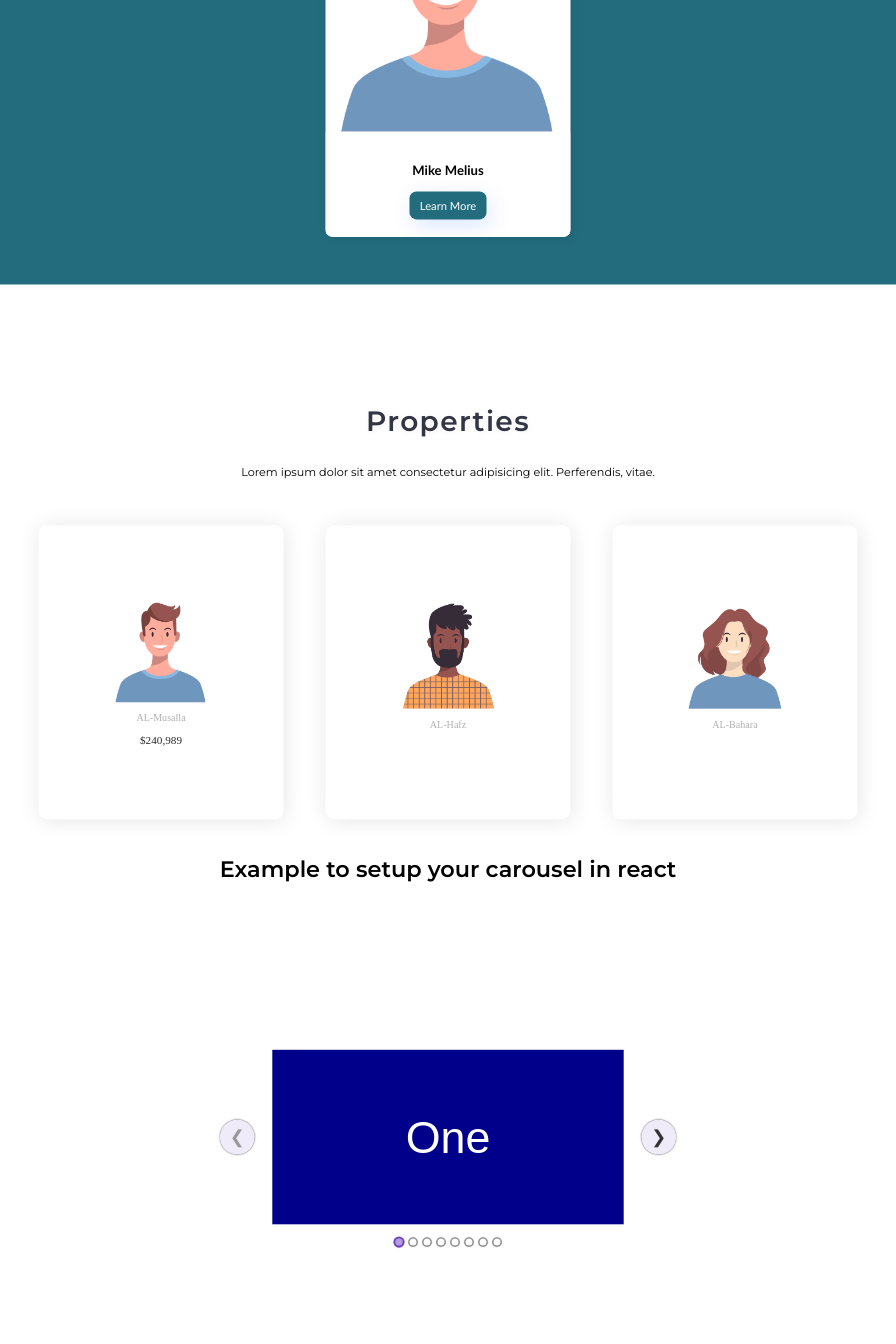
Repository: gabe126679/Mikes-site
Page: /
An editor plug-in stored every save of this project. The page is shown before and after the next save, followed by the edit.
The browser window is 1280 px wide. The pictures show the part of the page from y = 2228 to 4148 px (the page is 4672 px tall), at 70% of full size.
Some web libraries are served in a nearby version. The project was rebuilt for these pictures with package versions that can differ from the ones it lists, and the page was loaded fresh each time.

Above is the page before, as saved 2022-04-19 11:27:03.

### public/index.html
<!DOCTYPE html>
<html lang="en">
  <head>
    <meta charset="utf-8" />
    <link rel="icon" href="%PUBLIC_URL%/favicon.ico" />
    <meta name="viewport" content="width=device-width, initial-scale=1" />
    <meta name="theme-color" content="#000000" />
    <meta
      name="description"
      content="Web site created using create-react-app"
    />
    <link rel="apple-touch-icon" href="%PUBLIC_URL%/logo192.png" />

    <link rel="manifest" href="%PUBLIC_URL%/manifest.json" />
    <script src="https://kit.fontawesome.com/95dc93da07.js"></script>
    <title>Mike's Homes</title>
  </head>
  <body>
    <noscript>You need to enable JavaScript to run this app.</noscript>
    <div id="root"></div>

  </body>
</html>

### src/index.css
@import url('https://fonts.googleapis.com/css2?family=Montserrat:wght@300;400;500;600&display=swap');

/***fontawesome <script src="https://kit.fontawesome.com/95dc93da07.js"></script> *********/


.carousel {
  font-family: sans-serif;
  display: flex;
  align-items: center;
  justify-content: center;
  height: 100vh;
}
body{
    margin:0px;
    padding: 0px;

    background-color: #ffffff;
    font-family: 'Montserrat', sans-serif;
}
*{
    box-sizing: border-box;
}
ul{
    list-style: none;
}
a{
    text-decoration: none;
}
button{
    outline: none;
    border: none;
}
input{
    outline: none;
    border: none;
}

.logo img{
    width: 120px;
}
.header{

    width:100%;
    height:768px;
    position: relative;
    background-repeat: no-repeat;
    background-size: cover;
    background-image: url("./images/header-bg.png");
}
nav{
	display: flex;
	justify-content: space-around;
	align-items: center;
	left: 0;
	top: 0;
	width:100%;
	z-index: 1;
	background-color: #FFFFFF;
}
nav ul{
	display: flex;
}
.active{
    background-color: #236c7e;
    color:rgb(255, 255, 255);
	box-shadow: 5px 10px 30px rgba(64, 149, 198, 0.411);
	transition: all ease 0.2s;
}
nav ul li a{
	height:40px;
	line-height: 43px;
	margin: 3px;
	padding: 0px 22px;
	display: flex;
	font-size: 0.8rem;
	text-transform: uppercase;
	font-weight: 500;
	color:#242424;
    letter-spacing: 1px;
    border-radius: 3px;
    transition: 0.2s ease-in-out;
}
.property{
    font-family: calibri;
	height:40px;
	line-height: 43px;
	padding: 0px 10px;
	display: flex;
	font-size: 0.8rem;
	text-transform: uppercase;
	font-weight: 500;
	color:#ffffff;
    letter-spacing: 1px;
    border-radius: 3px;
    transition: 0.2s ease-in-out;
    background-color: #236c7e;
}
nav ul li a:hover{
	background-color: #064757;
    color:#FFFFFF;
	box-shadow: 5px 10px 30px rgba(64, 149, 198, 0.411);
	transition: all ease 0.2s;
}
nav .menu-btn,
.menu-icon{
		display:none;
	}
.intro{
	font-family: 'Montserrat';
	width: 500px;
	position: absolute;
	left: 16%;
	top: 50%;
	transform: translate(-20%,-50%);
}
.intro span{
    color: #fc9700;
}
.intro .details{
    color: #1e4f5c;
}
.intro h1{
	font-family:'Montserrat';
	font-size: 46px;
	margin:0px;
	letter-spacing: 3px;
	color:#236c7e;
}
.intro p{
    color: #064757; font-weight: 500;
}
.header-btn{
	width:110px;
	height: 40px;
	display: flex;
	justify-content: center;
    align-items: center;
    background-color: #236c7e;
    box-shadow: 5px 10px 30px rgba(2, 82, 255, 0.137);
    border-radius: 10px;
	color:#ffffff;
}
.header-btn:hover{
	background-color: #04afda;
    transition: all ease 0.5s;
    color: #ffffff;
    box-shadow: 5px 0px 30px rgba(2, 154, 255, 0.39);
}
.container {
    max-width: 1140px;
    margin: 0 auto;
    padding: 0 20px;
}

.flex {
    display: flex;
    justify-content: space-between;
}
.how-it-works {
    padding: 3rem 0;
    background: #236c7e;
    text-align: center;
}

.how-it-works h2 {
    margin-bottom: 3rem;
    font-size: 2rem;
    font-family: 'Montserrat';
    color: #ffffff;
    font-weight: 600;
    text-transform: uppercase;
}

.how-it-works .flex > div {
    width: 30%;
}

.how-it-works h4 {
    color: #ffffff;
    margin-top: 1rem;
}
.how-it-works p{
    color: rgb(255, 196, 0);
}

.how-it-works span.fas {
    color: #ffffff;
    font-size: 35px;
}
  .about{
	width:100%;
	height: 100vh;
	background-color:#ffffff;
	box-sizing: border-box;
	display: flex;
	align-items: center;
	justify-content: space-between;
	padding: 50px 5% 0px 5%;
	position: relative;
}
.about-text{
	width: 50%;
}
.about-text h2{
	font-size: 2rem;
	color:#236c7e;
	font-weight: 400;
}
.about-text h2{
	margin: 0px;
	padding: 0px;
}
.about-text p{
	font-size: 1.2rem;
	color:#3a3a3a;

}
.about-text button{
	width: 140px;
	height: 40px;
	border-radius: 10px;
	border: none;
    outline: none;
    color: #ffffff;
	background-color:#236c7e;
}
.about-text button:hover{
	background-color: #04afda;
    transition: all ease 0.3s;
    color: #ffffff;
    box-shadow: 5px 0px 30px rgba(2, 154, 255, 0.39);
}
.about-model img{
    height: 400px;
}

.agent{
    width:100%;
    height:110vh;
    box-sizing: border-box;
    font-family: calibri;
    display: flex;
    flex-direction: column;
    align-items: center;
    justify-content: center;
    padding-top: 40px ;
    background: #236c7e;
}

.a-heading h1{
    color:#ffffff;
    font-size: 3rem;
    margin: 0px;
    padding: 0px;

}
.a-heading p{
    color:rgb(238, 238, 238);
    font-size: 1rem;
    margin: 0px;
    padding: 0px;
}
.a-heading{
    text-align: center;
    margin: 20px 0px;
}
.a-box{
    background-color: #ffffff;
    width:350px;
    height: 500px;
    margin: 20px;
    border-radius: 10px;
    overflow: hidden;
    box-shadow: 2px 2px 12px rgba(0,0,0,0.1);
    position: relative;
}
.b-container{
    display: flex;
    justify-content: center;
    align-content: center;
    width: 100%;

}
.a-b-img{
    width: 100%;
    height: 70%;

}
.a-b-img img{
    width:100%;
    height: 100%;
    object-fit: contain;
}
.a-b-text{
    width: 100%;
    height: 30%;
    background-color:#ffffff;
    display:flex;
    justify-content: center;
    align-items: center;
    text-align: center;
    flex-direction: column;
}
.a-box:hover{
    transform:translateY(-10px);
    transition: all ease 0.3s;

}
.agent-btn{
	width:110px;
	height: 40px;
	display: flex;
	justify-content: center;
    align-items: center;
    background-color: #236c7e;
    box-shadow: 5px 10px 30px rgba(2, 82, 255, 0.137);
    border-radius: 10px;
	color:#ffffff;
}
.agent-btn:hover{
	background-color: #04afda;
    transition: all ease 0.5s;
    color: #ffffff;
    box-shadow: 5px 0px 30px rgba(2, 154, 255, 0.39);
}

.product{
	width: 100%;
	background-color: #FFFFFF;
	display: flex;
	height: 760px;
	flex-direction: column;
	align-items: center;
	padding:40px 20px;
	position: relative;
	border-radius: 10px;
	margin-top: 70px;
}


.p-heading{

	margin:20px;
	text-shadow: 2px 2px 10px rgba(0,0,0,0.05);
}
.p-heading h3{
	font-weight: 600;
	letter-spacing: 2px;
	text-align: center;
	font-size:2.5rem;
	color:#323543;

}
.p-heading h3 font{
	color:#303030;
}
.product-container{
	display: flex;
	justify-content: center;
	align-items: center;
	flex-wrap: wrap;
	margin: 10px 0px;
	width:100%;
}
.p-box{
	width:350px;
	height: 420px;
	display: flex;
	justify-content: center;
	align-items: center;
	flex-direction: column;
	border-radius: 12px;
	position: relative;
	margin: 20px 30px;
    background-color: rgb(255, 255, 255);
    box-shadow: 2px 2px 30px rgba(0,0,0,0.1);
}
.p-box img{
	height:150px;
}
.p-box p{
	color:#4d4d4d70;
	font-family: myriad pro;
	font-size: 0.9rem;
	letter-spacing: 0.5;
}
.price{
	color:#2c2c2c;
	font-family: poppins;
	font-size: 1rem;;
}
.buy-btn{
	position: absolute;
	width:140px;
	height: 40px;
	display: flex;
	justify-content: center;
	align-items: center;
	font-family:calibri;
	left: 50%;
	bottom: 20px;
	transform: translateX(-50%);
	border-radius: 15% 15% 15% 15% / 50% 50% 50% 50%;
	background:linear-gradient(120deg,#064757 20%,#04afda);
	color:#FFFFFF;
	display: none;
	animation: fade 0.2s;
}
.p-box:hover .buy-btn{
	display: flex;
}
.p-box:hover{
	box-shadow: 2px 2px 30px rgba(0, 0, 0, 0.233);
	background-color:#FFFFFF;
}
.p-box:hover .price{
	color:#04afda;
	transition: all ease 0.2s;
}

@keyframes fade{
	0%{
		opacity: 0;
	}
	100%{
		opacity: 1;
	}
}
.contact{
    background-color: #236c7e;
	display:flex;
	flex-direction: column;
	justify-content: center;
	align-items: center;
    margin:8px 3px;
    margin-top: 1000px;
    padding: 30px 0px;
  overflow: hidden;
}
.contact h3{
	font-size:2.5rem;
    margin:20px;
    color: #ffffff;
}
.contact-input{
	width:350px;
	height:50px;
	background-color:#FFFFFF;
	display:flex;
	justify-content: center;
	border-radius: 50px;
	box-shadow: 2px 2px 30px rgba(0,0,0,0.15);
}
.contact-input input{
	width:100%;
	background-color: transparent;
	border:none;
	outline: none;
	text-align: center;
	color:#242425;
}
.contact-input a{
	width:150px;
	height:35px;
	background-color:#236c7e;
	color:#FFFFFF;
	display: flex;
	font-size: 0.9rem;
	justify-content: center;
	align-items: center;
	margin: auto 10px;
	border-radius: 20px;
	font-weight: 500;
}
@media(max-width:1190px){
	.header{
        background-size: 1150px !important;
        text-align: center;
	}
	.intro{
		left: 10%;
		top: 50%;
		transform: translate(-10%,-50%);
	}
	.about-model img{
		height:400px;
    }
    .agent{
		height:auto;
    }
    .b-container{
		flex-wrap: wrap;
	}
    .a-box{
		flex-grow: 1;
	}
	.a-b-img img{
		object-fit:contain;
	}


}

@media(max-width:970px){
  .header {
    background-image: none;
  }
	.main{
		background-image: none !important;

	}
	.intro{
		left: 50%;
		top: 50%;
		transform: translate(-50%,-50%);
    }

	.about-model{
		display: none;
	}
	.about{
        text-align: center;
		justify-content: center;
		padding-top: 0px;
	}
	.about-text{
		width: 90%;
	}
	.about-text h1{
		font-size:4rem;
  }
  .product{
    width: 100%;
    background-color: #FFFFFF;
    display: flex;
    height: 760px;
    flex-direction: column;
    align-items: center;
    padding:40px 20px;
    position: relative;
    border-radius: 10px;
    margin-top: 70px;
  }


}
@media(max-width:875px){
  .carousel-item {
    display: none;
  }
}
@media(max-width:600px){
	.intro{
		width:60%;
    }}
    .scroll{
      left: 42.5%;
    }
  .header-btn{
    margin-right: 38%;
  }


    @media (max-width: 500px) {
        .how-it-works .flex {
            display: block;
        }
        .header-btn{
          margin-right: 28%;
        }
        .how-it-works .flex > div {
            width: 100%;
            margin-top: 2rem;
        }


@media(max-width:1100px){.menu-icon{
    display:block;}

        nav{
            justify-content: space-between;
            height: 65px;
            padding: 0px 30px;
            position: fixed;
        }
        .property{
            background: none;
            font-size: 13px;
            color: #000;
            padding: 0px;
        }
        .logo img{
            width:70px;
        }
        .menu{
            display:none;
            position:absolute;
            top:65px;
            left:0px;
            background-color:#FFFFFF;
            border-bottom:4px solid #064757;
            width:100%;
            padding:0px;
            margin:0px;
        }
        .menu li{
            width:100%;
        }
        nav .menu li a{
            width:100%;
            height:40px;
            justify-content: center;
            align-items: center;
            margin:0px;
            padding: 25px;
            border:1px solid rgba(38,38,38,0.03);
        }
        nav .menu-icon{
            cursor:pointer;
            float:right;
            padding:28px 20px;
            position:relative;
            user-select: none;
        }
        nav .menu-icon .nav-icon{
            background-color:#333333;
            display:block;
            height:2px;
            position:relative;
            transition: background 0.2s ease-out;
            width:20px;
        }
        nav .menu-icon .nav-icon:before,
        nav .menu-icon .nav-icon:after{
            background:#333;
            content:'';
            display:block;
            height:100%;
            position:absolute;
            transition:all ease-out 0.2s;
            width:100%;
        }
        nav .menu-icon .nav-icon:before{
            top:5px;
        }
        nav .menu-icon .nav-icon:after{
            top:-5px;
        }
        nav .menu-btn:checked ~ .menu-icon .nav-icon{
            background:transparent;
        }
        nav .menu-btn:checked ~ .menu-icon .nav-icon:before{
            transform: rotate(-45deg);
            top:0;
        }
        nav .menu-btn:checked ~ .menu-icon .nav-icon:after{
            transform: rotate(45deg);
            top:0;
        }
        nav .menu-btn{
            display:none;
        }
        nav .menu-btn:checked ~ .menu{
            display:block;
        }}
        @media(max-width:400px){
            .s-box{
                width: 100%;
                height:400px;
            }
            .header-btn{
              margin-left: 38%;
            }

        }}

### src/App.js
import React from 'react';
import Header from './components/Header'
import Howitworks from './components/Howitworks'
import About from './components/About'
import Agent from './components/Agent'
import Properties from './components/Properties'
import Contact from './components/Contact'



function App() {
  return (
    <div className="App">
      <Header />
      <Howitworks />
      <About />
      <Agent />
      <Properties />

      <Contact />
    </div>
  );
}

export default App;

### src/components/Header.jsx
import React from 'react';
import Navbar from './Navbar'

function Header() {
  return (
    <div className="header">
        <Navbar />
        <div className="intro">
            <p>Looking for a Property !</p>
            <h1><span>Buy </span>and <span>Sell </span> Properties</h1>
            <p className="details">Lorem ipsum dolor sit amet consectetur, repellat a hic totam iure voluptatem expedita. Ipsam nobis aspernatur voluptatum? hic totam iure voluptatem expedita. </p>
            <a href="#" className="header-btn">Details</a>

        </div>
    </div>
  )
}

export default Header

### src/components/Howitworks.jsx
import React from 'react'

function Howitworks() {
  return (
    <div className="how-it-works">
        <div className="container">
            <h2>How It Works</h2>
            <div className="flex">
                <div>
                    <span className="fas fa-home"></span>
                    <h4>Find a Property</h4>
                    <p>Lorem ipsum dolor sit, amet consectetur adipisicing elit.</p>
                </div>

                <div>
                    <span className="fas fa-dollar-sign"></span>
                    <h4>Find a Property</h4>
                    <p>Lorem ipsum dolor sit, amet consectetur adipisicing elit.</p>
                </div>

                <div>
                    <span className="fas fa-chart-line"></span>
                    <h4>Find a Property</h4>
                    <p>Lorem ipsum dolor sit, amet consectetur adipisicing elit.</p>
                </div>
            </div>
        </div>
    </div>
  )
}

export default Howitworks;

### src/components/About.jsx
import React from 'react'
import aboutimage from '../images/hero.png';

function About() {
  return (
    <div className="about">
      <div className="about-model">
        <img src={aboutimage} alt="about image"/>
      </div>
      <div className="about-text">
        <h2>Best in your area <br/>Wholesale Real Estate</h2>
        <p>Lorem ipsum dolor sit, amet consectetur adipisicing elit. Minima aut libero at quod, eius vero enim, exercitationem ipsa repellendus magnam iure eaque placeat alias recusandae consequatur. Doloribus earum officia voluptatum veniam necessitatibus ratione dolor quam?</p>
        <button>View More Details</button>
      </div>
    </div>
  )
}

export default About

### src/components/Agent.jsx
import React from 'react'
import Agentbox from './Agentbox';
import agentimage1 from '../images/s1.png';

function Agent() {
  return (
    <div className="agent">
        <div className="a-heading">
            <h1>Agents</h1>
            <p>Lorem ipsum dolor sit amet consectetur adipisicing elit. Voluptas, vel.</p>
        </div>
        <div className="b-container">
            <Agentbox image={agentimage1} name="Mike Melius"/>
        </div>
    </div>
  )
}

export default Agent;

### src/components/Properties.jsx
import React from 'react'
import Bproperty from "./Bproperty";
import CarouselItem from "./CarouselItem";
import pimage1 from "../images/s1.png"
import pimage2 from "../images/s2.png"
import pimage3 from "../images/s3.png"

function Properties() {
  return (



    <div className="product">
        <div className="p-heading">
            <h3>Properties</h3>
            <p>Lorem ipsum dolor sit amet consectetur adipisicing elit. Perferendis, vitae.</p>
        </div>

        <div className="product-container">
            <Bproperty image={pimage1} name="AL-Musalla" price="$240,989" />
            <Bproperty image={pimage2} name="AL-Hafz" price="" />
            <Bproperty image={pimage3} name="AL-Bahara" price="" />
        </div>
        <div className="carousel-item">
          <CarouselItem />
        </div>

    </div>




  )
}

export default Properties;

### src/components/Contact.jsx
import React from 'react';

function Contact() {
  return (
    <div className="contact">
        <h3>Get the Best Property</h3>
        <div className="contact-input">
            <input type="email" placeholder="example@gmail.com"/>
            <a href="#">Continue</a>
        </div>
    </div>
  )
}

export default Contact;

### src/components/Navbar.jsx
import React from 'react'
import logo from "../images/logo1.png"

function Navbar() {
  return (
    <nav>
        <a href="#" className="logo">
            <img src={logo} alt="logo"/>
        </a>
        <input className="menu-btn" type="checkbox" id="menu-btn"/>
        <label className="menu-icon" for="menu-btn">
            <span className="nav-icon"></span>
        </label>
        <ul className="menu">
            <li><a href="#" className="active">Home</a></li>
            <li><a href="#">About</a></li>
            <li><a href="#">Agents</a></li>
            <li><a href="#">Contact</a></li>
        </ul>
        <a href="#" className="property">Appointments</a>
    </nav>
  )
}

export default Navbar

### src/components/Agentbox.jsx
import React from 'react'

function Agentbox(props) {
  return (
    <div className="a-box">
        <div className="a-b-img">
            <img src={props.image} alt=""/>
        </div>
        <div className="a-b-text">
            <h3>{props.name}</h3>
            <a href="#" className="agent-btn">Learn More</a>
        </div>
    </div>
  )
}

export default Agentbox;

### src/components/Bproperty.jsx
import React from 'react'

function Bproperty(props) {
  return (
    <div className="p-box">
        <img src={props.image} alt="product"/>
        <p> {props.name} </p>
        <a href="#" className="price">
            {props.price}
        </a>
        <a href="#" className="buy-btn">
            Add to Cart
        </a>
    </div>
  )
}

export default Bproperty;

### src/components/CarouselItem.jsx
import React from 'react'
import Carousel from "react-elastic-carousel";
import Item from "./Item";

const breakPoints = [
    { width: 1, itemsToShow: 1 },
    { width: 550, itemsToShow: 2 },
    { width: 768, itemsToShow: 3 },
    { width: 1200, itemsToShow: 4 },
];

function CarouselItem() {
  return (
    <>
      <h1 style={{ textAlign: "center" }}>Example to setup your carousel in react</h1>
      <div className="carousel">
        <Carousel breakPoints={breakPoints}>
          <Item>One</Item>
          <Item>Two</Item>
          <Item>Three</Item>
          <Item>Four</Item>
          <Item>Five</Item>
          <Item>Six</Item>
          <Item>Seven</Item>
          <Item>Eight</Item>
        </Carousel>
      </div>
    </>
  )
}

export default CarouselItem

Loaded but not shown: src/index.js (common file); src/components/Item.js (common file)

After the next save:
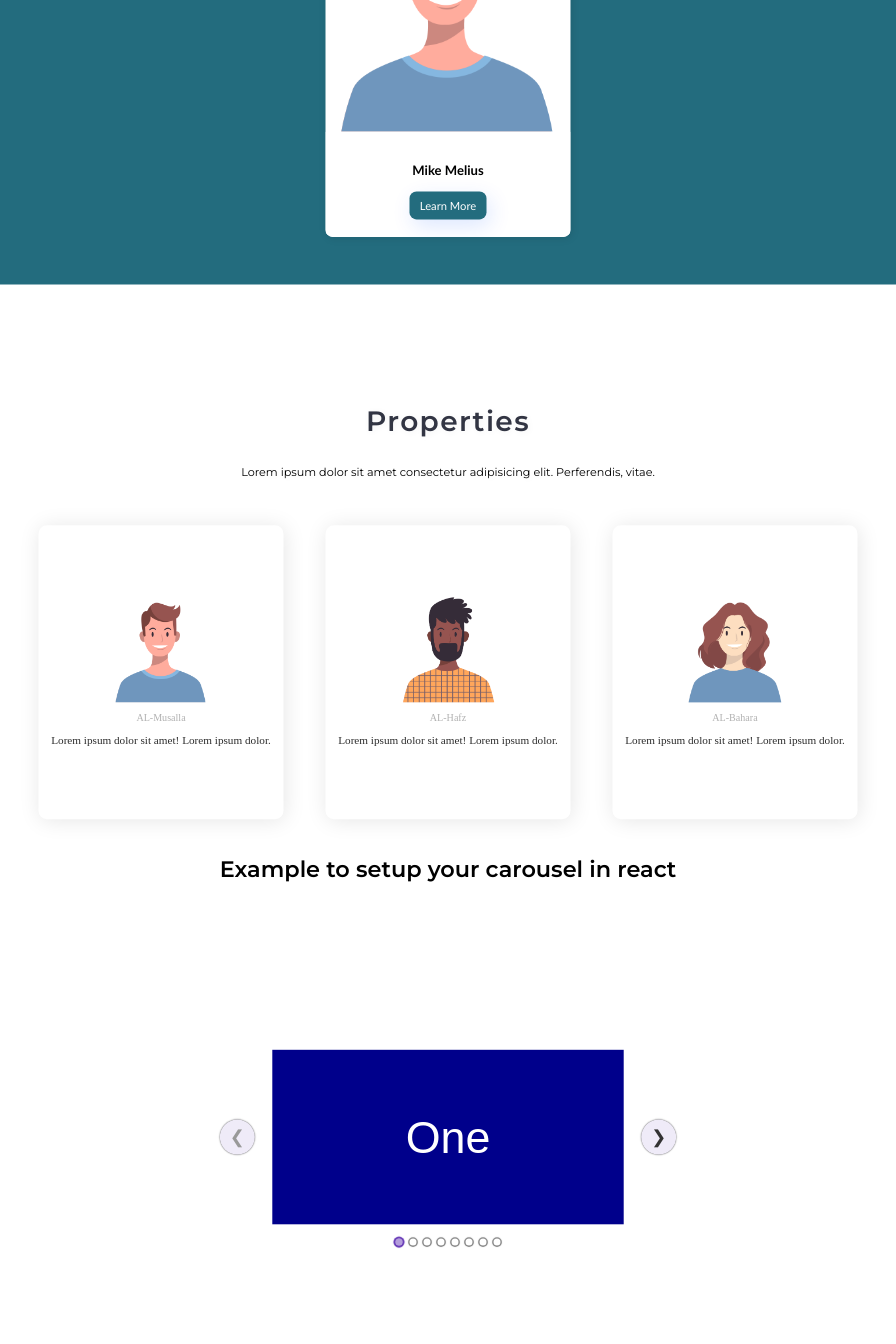
Saved 103 s later.
--- a/src/components/Properties.jsx
+++ b/src/components/Properties.jsx
@@ -17,9 +17,9 @@ function Properties() {
         </div>
 
         <div className="product-container">
-            <Bproperty image={pimage1} name="AL-Musalla" price="$240,989" />
-            <Bproperty image={pimage2} name="AL-Hafz" price="" />
-            <Bproperty image={pimage3} name="AL-Bahara" price="" />
+            <Bproperty image={pimage1} name="AL-Musalla" price="Lorem ipsum dolor sit amet! Lorem ipsum dolor." />
+            <Bproperty image={pimage2} name="AL-Hafz" price="Lorem ipsum dolor sit amet! Lorem ipsum dolor." />
+            <Bproperty image={pimage3} name="AL-Bahara" price="Lorem ipsum dolor sit amet! Lorem ipsum dolor." />
         </div>
         <div className="carousel-item">
           <CarouselItem />
